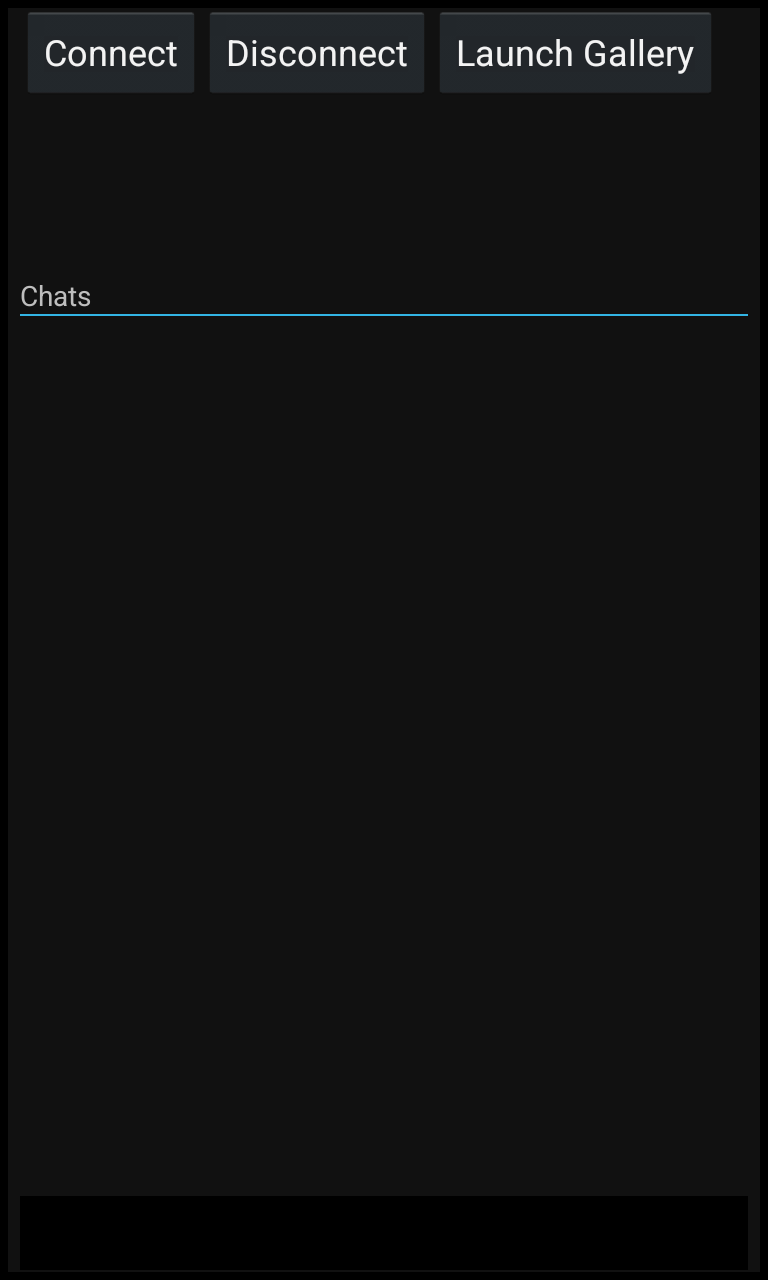
Repository: flyingbuffalo/AndroidTest
Layout: WiFiDirectDemo/res/layout/device_detail.xml
The author's editor kept a copy of each file at every save. The layout is drawn from the files as they stood at one save, then again after the next save.
It is drawn on a 768 x 1280 px phone screen (xhdpi) without system bars, with theme android:Theme.Holo; the app's code is not run. Lists and similar views that code fills are empty.

Above is the layout before, as saved 2014-08-05 13:14:18.

After the next save:
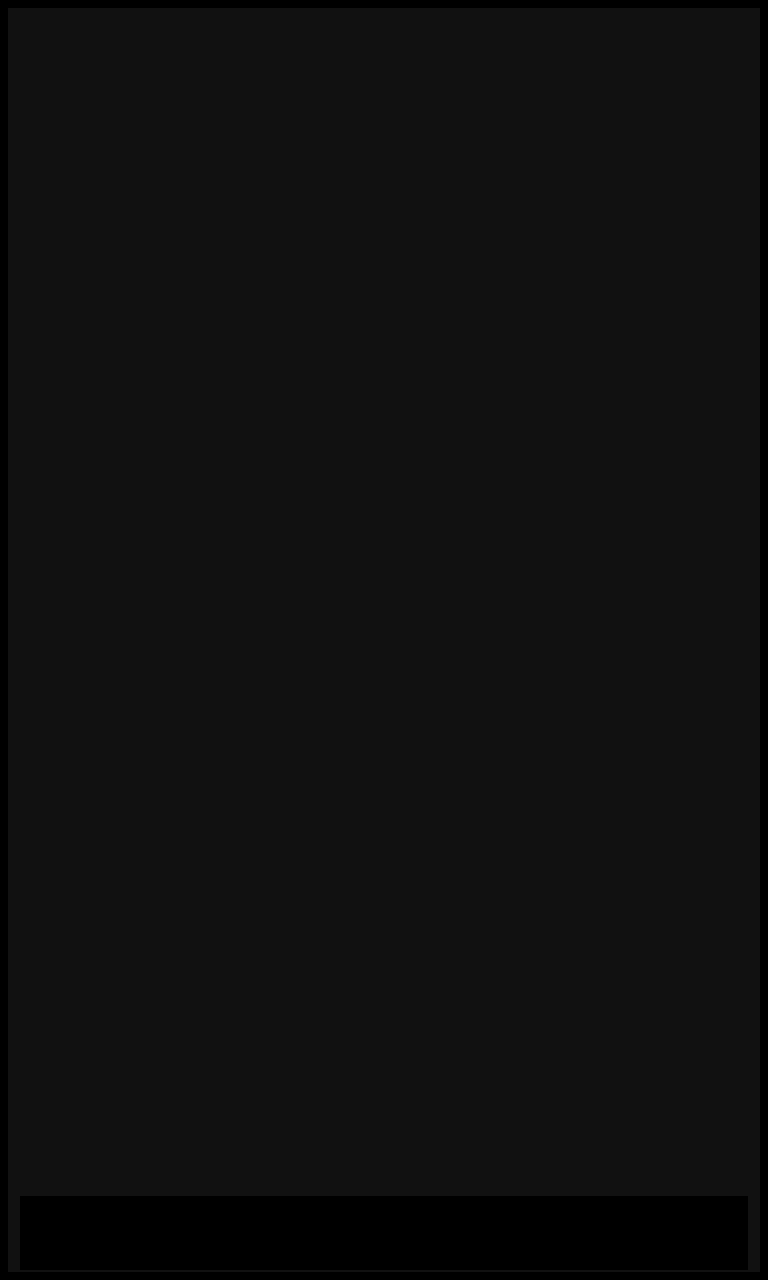
Saved 10 s later.
--- a/WiFiDirectDemo/res/layout/device_detail.xml
+++ b/WiFiDirectDemo/res/layout/device_detail.xml
@@ -14,7 +14,7 @@
         android:layout_alignParentLeft="true"
         android:layout_alignParentRight="true"
         android:layout_alignParentTop="true"
-        android:layout_above="@+id/status_bar" >
+        android:layout_above="@+id/chat_typing" >
 
         <LinearLayout
             android:orientation="horizontal"

After the save that followed:
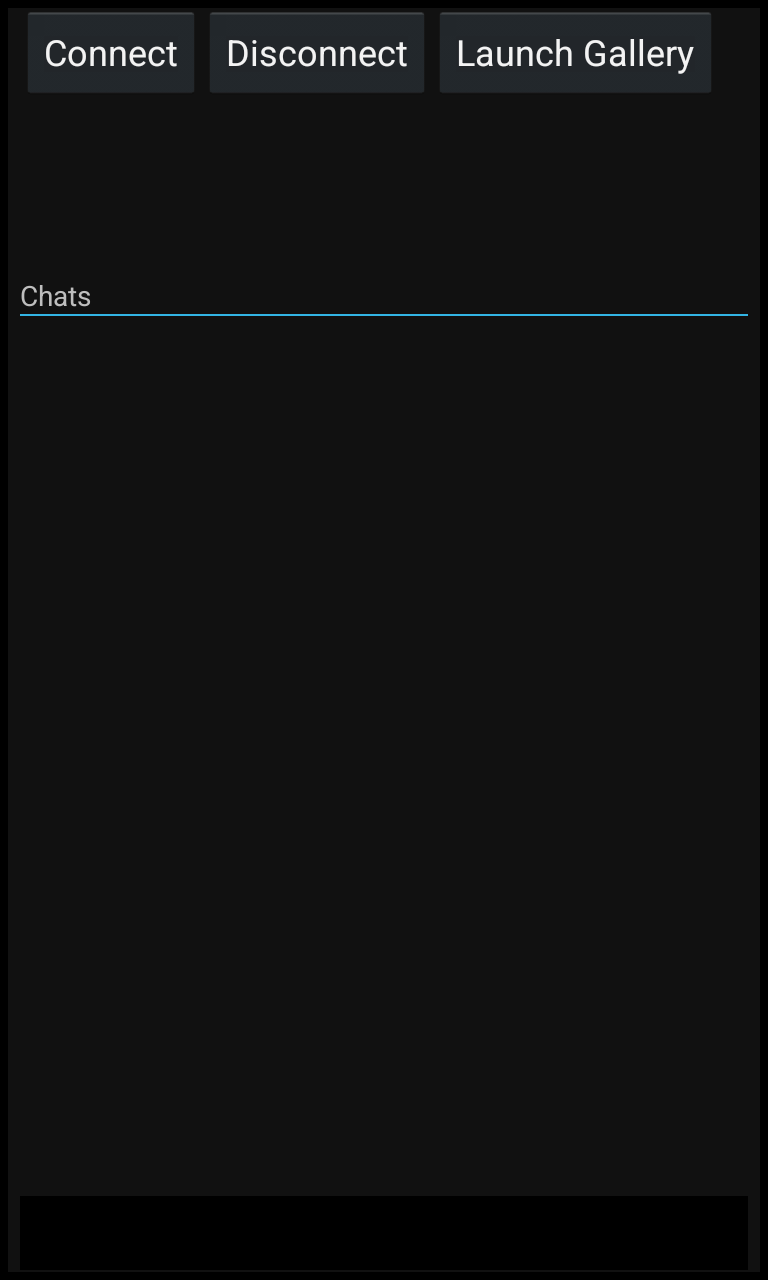
Saved 11 s later.
--- a/WiFiDirectDemo/res/layout/device_detail.xml
+++ b/WiFiDirectDemo/res/layout/device_detail.xml
@@ -85,7 +85,7 @@
         android:layout_marginBottom="3dp"
         android:layout_alignParentLeft="true"
         android:layout_alignParentRight="true"
-		 >
+		android:layout_above="@+id/status_bar" >
 
         <TextView
             android:layout_width="wrap_content"
